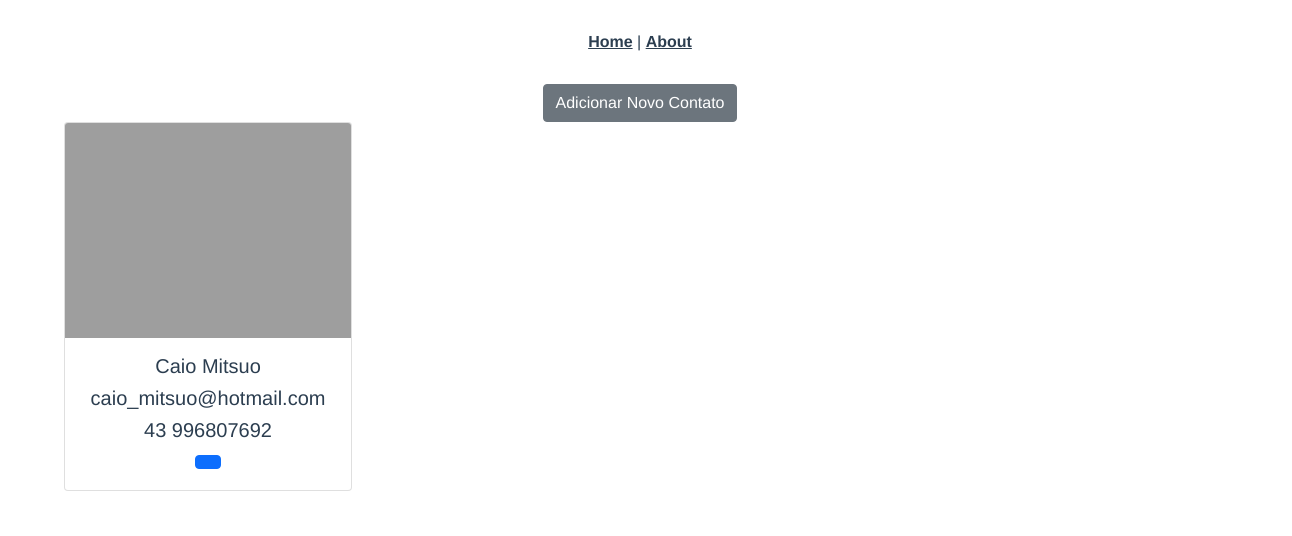
Repository: caiomitsuo/ContactsVueJs
Page: /lista
These files come from the project's save history. The page is drawn as it stood at one moment and after the next save; the edit follows.
The browser window is 1280 px wide. The page is 1280 px wide, then 1292 px, then 1280 px, so the pictures cover 1292 px, including what lies to the right of the window. The pictures show the whole page.
Pictures or frames that could not be fetched are drawn as grey boxes. The page's requests for data from a server got no answer. The project was rebuilt for these pictures with package versions that can differ from the ones it lists, and the page was loaded fresh each time. No one was signed in, and anything a server would have sent is missing. Also part of the build but not shown: vue.config.js, src/components/HelloWorld.vue, src/views/HomeView.vue.

Above is the page before, as saved 2022-04-30 12:59:20.

After the next save:
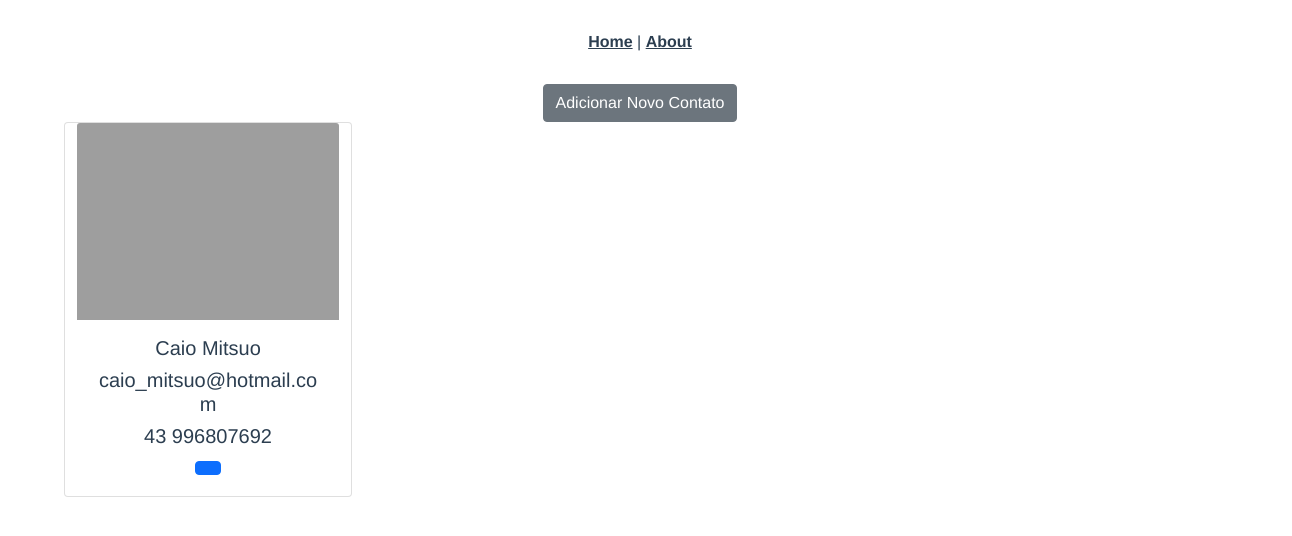
Saved 23 s later.
--- a/src/views/ListView.vue
+++ b/src/views/ListView.vue
@@ -28,7 +28,7 @@
         </div>
       </div>
     </b-modal>
-  <div class="card-container">
+  <div class="card-container row">
     <div
       class="card "
       style="width: 18rem"

After the save that followed:
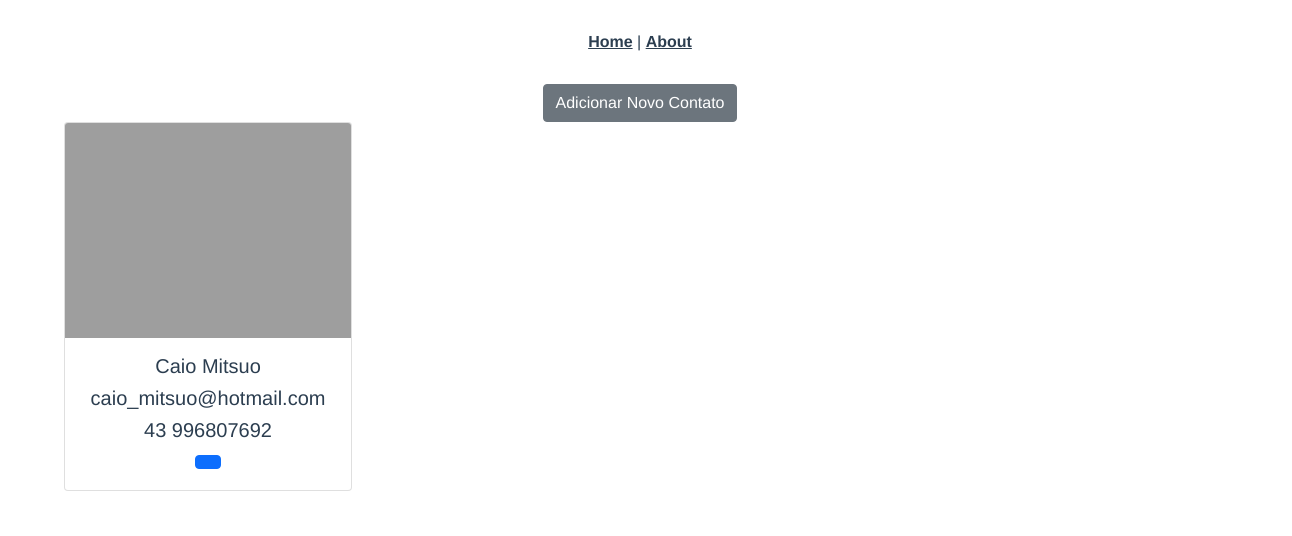
Saved 23 s later.
--- a/src/views/ListView.vue
+++ b/src/views/ListView.vue
@@ -28,7 +28,7 @@
         </div>
       </div>
     </b-modal>
-  <div class="card-container row">
+  <div class="card-container">
     <div
       class="card "
       style="width: 18rem"
